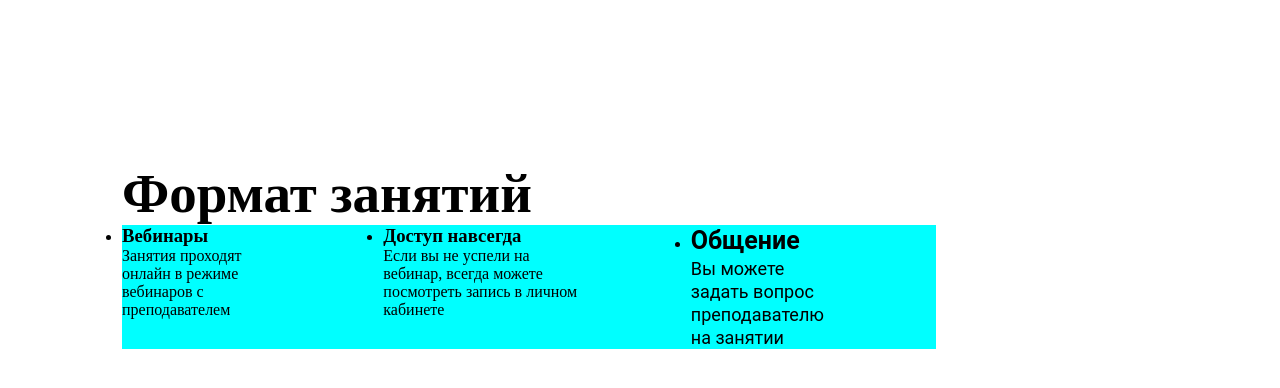
Repository: mirali879/previous-proj
Page: index.html
The author's editor kept a copy of each file at every save. The page is drawn from the files as they stood at one save, then again after the next save.
The browser window is 1280 px wide. The pictures show the whole page.

Above is the page before, as saved 2023-05-06 19:11:20.

After the next save:
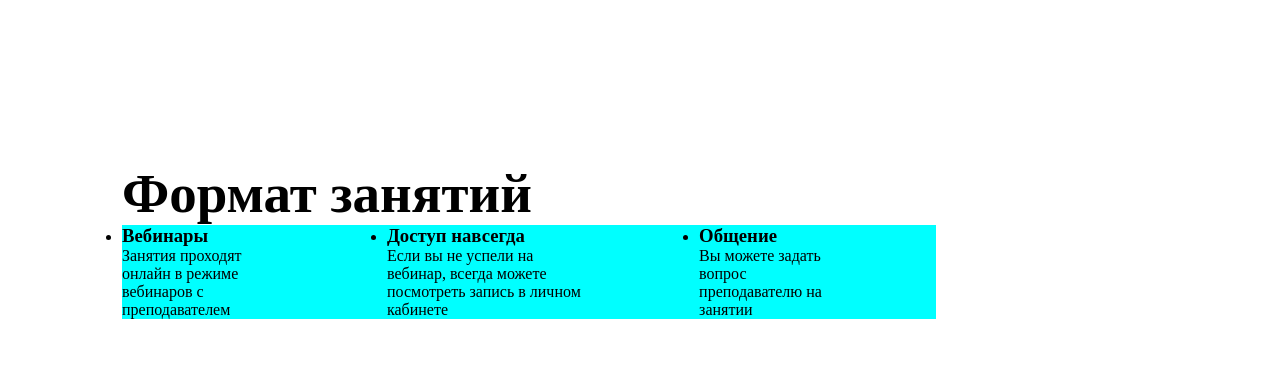
Saved 4 s later.
--- a/index.html
+++ b/index.html
@@ -25,7 +25,7 @@
             личном кабинете</span
           >
         </li>
-        <li class="col col-3">
+        <li >
           <h3>Общение</h3>
           <span>Вы можете задать вопрос преподавателю на занятии</span>
         </li>
